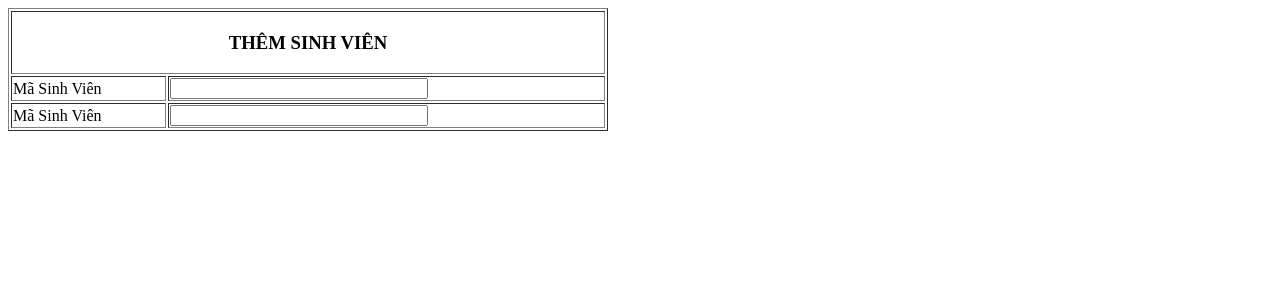
Repository: Tan-Khang21/TH_TKW--Buoi_04
Page: Bai_Tap_Mau/Bai_04/Bai_04.html
The author's editor kept a copy of each file at every save. The page is drawn from the files as they stood at one save, then again after the next save.
The browser window is 1280 px wide. The pictures show the whole page.

Above is the page before, as saved 2024-03-06 09:37:48.

After the next save:
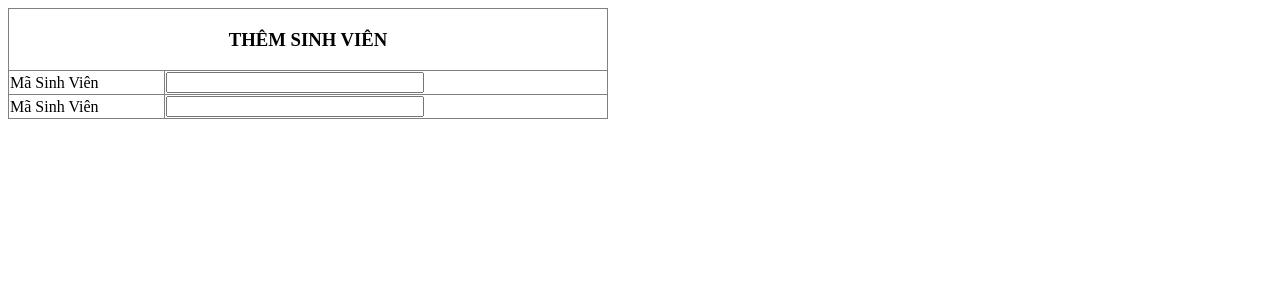
Saved 77 s later.
--- a/Bai_Tap_Mau/Bai_04/Bai_04.html
+++ b/Bai_Tap_Mau/Bai_04/Bai_04.html
@@ -6,7 +6,7 @@
     <title>Document</title>
 </head>
 <body>
-    <table border="1px" style="width: 600px;">
+    <table border="1px" style="width: 600px; border-collapse: collapse;">
         <tr>
             <th colspan="3" ><h3>THÊM SINH VIÊN</h3></th>
         </tr>
